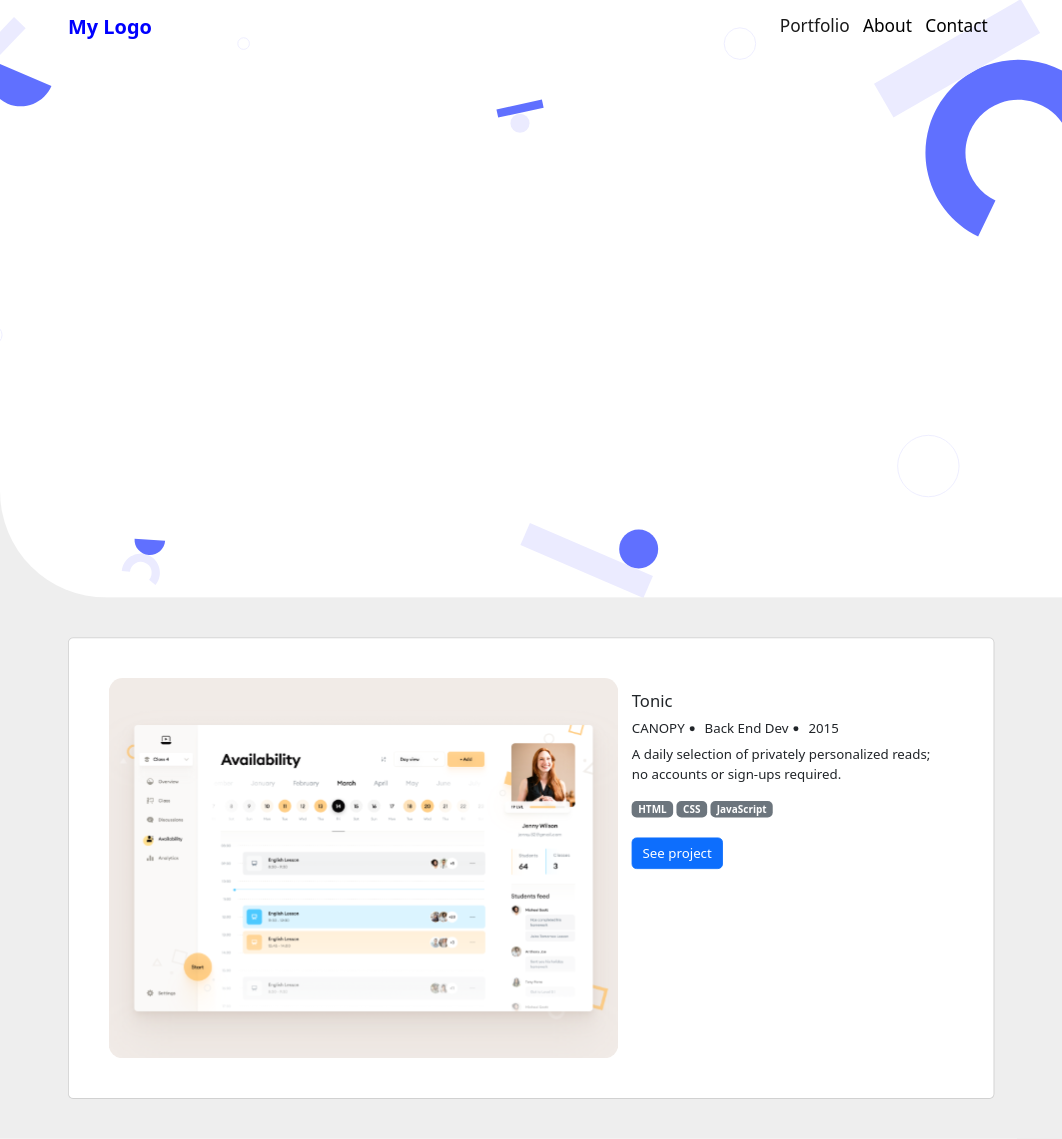
Repository: waelelsafty07/Bootstrap-Portfolio
Page: index.html
An editor plug-in stored every save of this project. The page is shown before and after the next save, followed by the edit.
The browser window is 1280 px wide. The pictures show the whole page, at 83% of full size.

Above is the page before, as saved 2023-04-04 16:56:38.

After the next save:
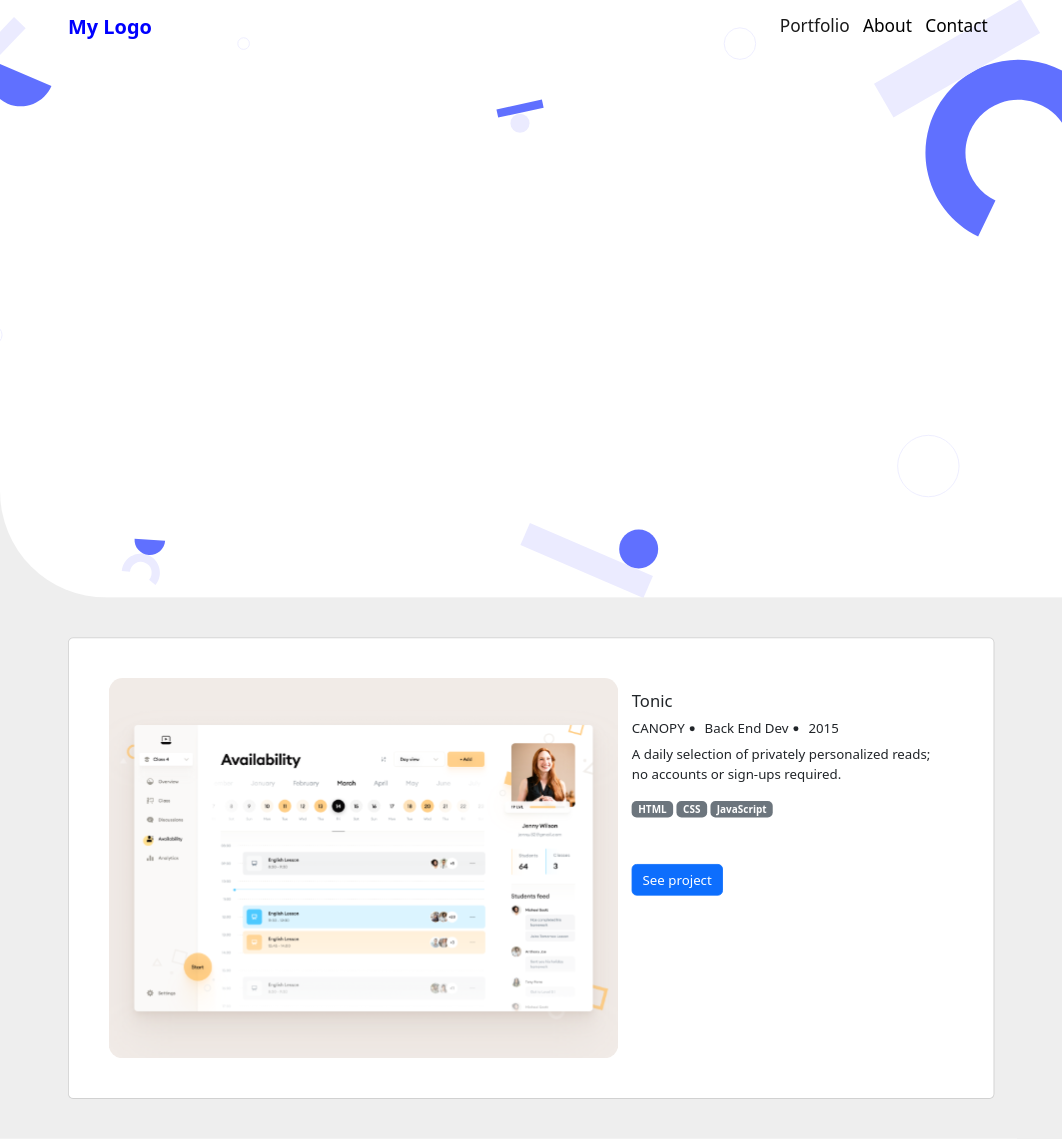
Saved 82 s later.
--- a/index.html
+++ b/index.html
@@ -50,7 +50,7 @@
                 <li class="badge bg-secondary">CSS</li>
                 <li class="badge bg-secondary">JavaScript</li>
               </ul>
-              <a href="#" class="btn btn-primary mt-3">See project</a>
+              <a href="#" class="btn btn-primary mt-5">See project</a>
             </div>
           </div>
         </div>
